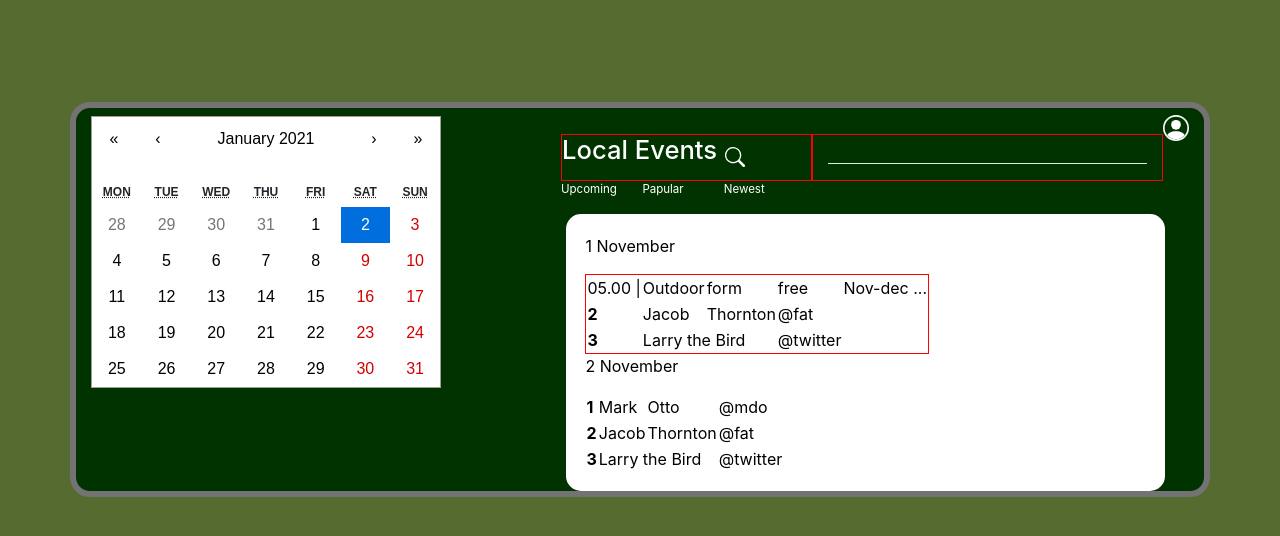
Repository: lalji-yadav/Calendar-code
Page: /
These files come from the project's save history. The page is drawn as it stood at one moment and after the next save; the edit follows.
The browser window is 1280 px wide. The pictures show the whole page.
The project was rebuilt for these pictures with package versions that can differ from the ones it lists, and the page was loaded fresh each time. Also part of the build but not shown: src/App.css.

Above is the page before, as saved 2021-01-04 10:53:44.

### src/App.js
import logo from './logo.svg';
import './App.css';
import MyApp from './calendar/calendar'
import Home from "./calendar/Home";

function App() {
  return (
    <div>
      <header>

        <Home />

      </header>
    </div>
  );
}

export default App;

### src/calendar/calendar.js
import React, { useState } from 'react';
import 'react-calendar/dist/Calendar.css';
import Calendar from 'react-calendar';

function MyApp() {
  const [value, onChange] = useState(new Date());

  return (
    <div>
      <Calendar
        onChange={onChange}
        value={value}
      />
    </div>
  );
}

export default MyApp;

### src/calendar/Home.js
import React from 'react';
import "./Home.css";
import MyApp from "./calendar";

function Home() {

  return (
    <div className="main">
      <div className='container'>
        <div className="row">
          <div className="col-sm-5 calendar">
             <MyApp />
          </div>
          <div className="col-sm-7">

            <div style={{float:"right", paddingTop:"1%"}}>
            <svg xmlns="http://www.w3.org/2000/svg" width="26" height="26" fill="white" class="bi bi-person-circle" viewBox="0 0 16 16">
            <path d="M13.468 12.37C12.758 11.226 11.195 10 8 10s-4.757 1.225-5.468 2.37A6.987 6.987 0 0 0 8 15a6.987 6.987 0 0 0 5.468-2.63z"/>
             <path fill-rule="evenodd" d="M8 9a3 3 0 1 0 0-6 3 3 0 0 0 0 6z"/>
             <path fill-rule="evenodd" d="M8 1a7 7 0 1 0 0 14A7 7 0 0 0 8 1zM0 8a8 8 0 1 1 16 0A8 8 0 0 1 0 8z"/>
            </svg>
            </div>

            <div className="row" style={{paddingTop:"4%"}}>
               <div className="col-sm-5" style={{border:"1px solid red"}}>
                 <div className="row">
                 <h1 style={{color:"white", fontSize:"2vw"}}>Local Events </h1>
               <svg  style={{margin:"5% 0% 0% 3%"}} xmlns="http://www.w3.org/2000/svg" width="20" height="20" fill="white" class="bi bi-search" viewBox="0 0 16 16">
               <path d="M11.742 10.344a6.5 6.5 0 1 0-1.397 1.398h-.001c.03.04.062.078.098.115l3.85 3.85a1 1 0 0 0 1.415-1.414l-3.85-3.85a1.007 1.007 0 0 0-.115-.1zM12 6.5a5.5 5.5 0 1 1-11 0 5.5 5.5 0 0 1 11 0z"/>
               </svg>
                 </div>
               </div>
               <div className="col-sm-7" style={{border:"1px solid red", paddingTop:"3%"}}>
               <hr style={{marginTop:"10px"}} />

               </div>

            </div>

            <div className="row">
          <div className="col-sm-5 row" style={{color:"white", fontSize:"0.9vw"}}>
            <div className="col-sm-4">
             <p>Upcoming</p>
            </div>
            <div className="col-sm-4">
              <p>Papular</p>
            </div>
            <div className="col-sm-4">
              <p>Newest</p>
            </div>

             {/* Carosal design  */}
          </div>

          <div className="tablebox">

            <p> 1 November </p>
                <table>

                    <tbody  style={{width:"100%", border:"1px solid red"}}>
                      <tr>
                        <td>05.00 |</td>
                        <td>Outdoor</td>
                        <td>form</td>
                        <td>free</td>
                        <td>Nov-dec ...</td>
                      </tr>
                      <tr>
                        <th scope="row">2</th>
                        <td>Jacob</td>
                        <td>Thornton</td>
                        <td>@fat</td>
                      </tr>
                      <tr>
                        <th scope="row">3</th>
                        <td colspan="2">Larry the Bird</td>
                        <td>@twitter</td>
                      </tr>
                    </tbody>
                  </table>

                  <p> 2 November </p>
                <table>

                    <tbody>
                      <tr>
                        <th scope="row">1</th>
                        <td>Mark</td>
                        <td>Otto</td>
                        <td>@mdo</td>
                      </tr>
                      <tr>
                        <th scope="row">2</th>
                        <td>Jacob</td>
                        <td>Thornton</td>
                        <td>@fat</td>
                      </tr>
                      <tr>
                        <th scope="row">3</th>
                        <td colspan="2">Larry the Bird</td>
                        <td>@twitter</td>
                      </tr>
                    </tbody>
                  </table>
             </div>

        </div>

          </div>

        </div>

      </div>

    </div>
  );
}
export default Home;

### src/calendar/Home.css
.main {
    width: 100%;
    height: 100%;
    position: absolute;
    /* padding: 10% 5% 10% 5%; */
    background-color: darkolivegreen;
}
.container {
    width: 80%;
    /* height: 70%; */
    margin: 8% 10% 8% 10%;
    background-color: #003300;
    border: 6px solid #737373;
    border-radius: 20px;
}
.calendar {
    /* border: 2px solid red; */
    margin-top: 8px;
}
hr {
    color: white;
    width: 100%;
    margin-top: 5em;
    background-color: white;
}
.tablebox {
    margin: 0% 0% 0% 3%;
    padding: 3%;
    width: 91%;
    border-radius: 15px;
    color: black;
    background-color: white;
}

Loaded but not shown: public/index.html (common file); src/index.js (common file); src/index.css (common file); src/reportWebVitals.js (common file)

After the next save:
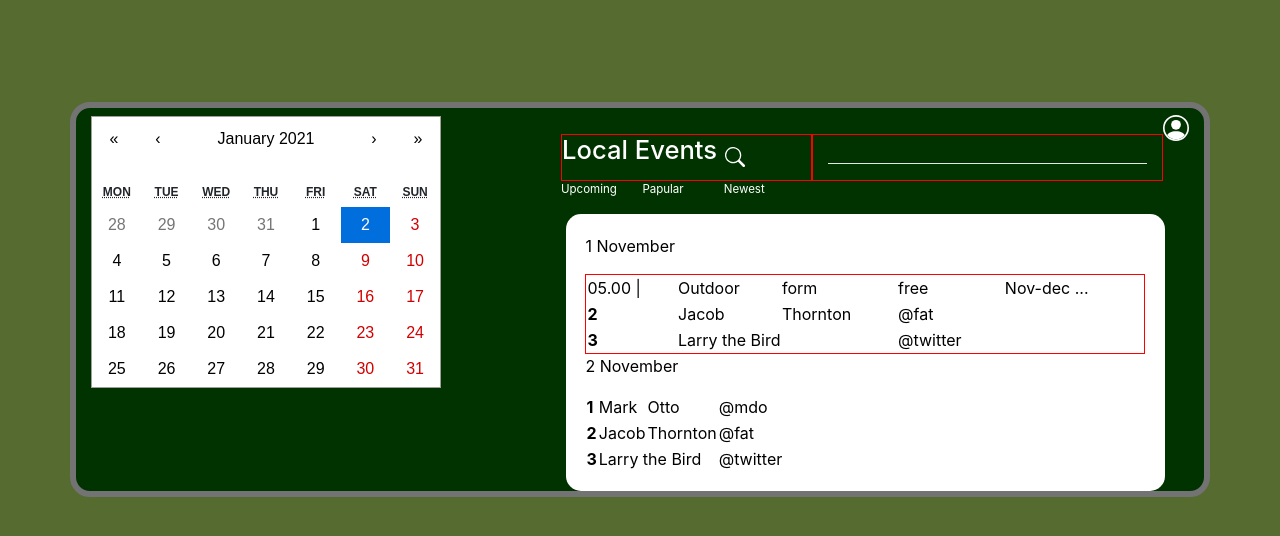
Saved 30 s later.
--- a/src/calendar/Home.js
+++ b/src/calendar/Home.js
@@ -55,9 +55,9 @@ function Home() {
           <div className="tablebox">
 
             <p> 1 November </p>
-                <table>
+                <table  style={{width:"100%", border:"1px solid red"}}>
 
-                    <tbody  style={{width:"100%", border:"1px solid red"}}>
+                    <tbody>
                       <tr>
                         <td>05.00 |</td>
                         <td>Outdoor</td>
